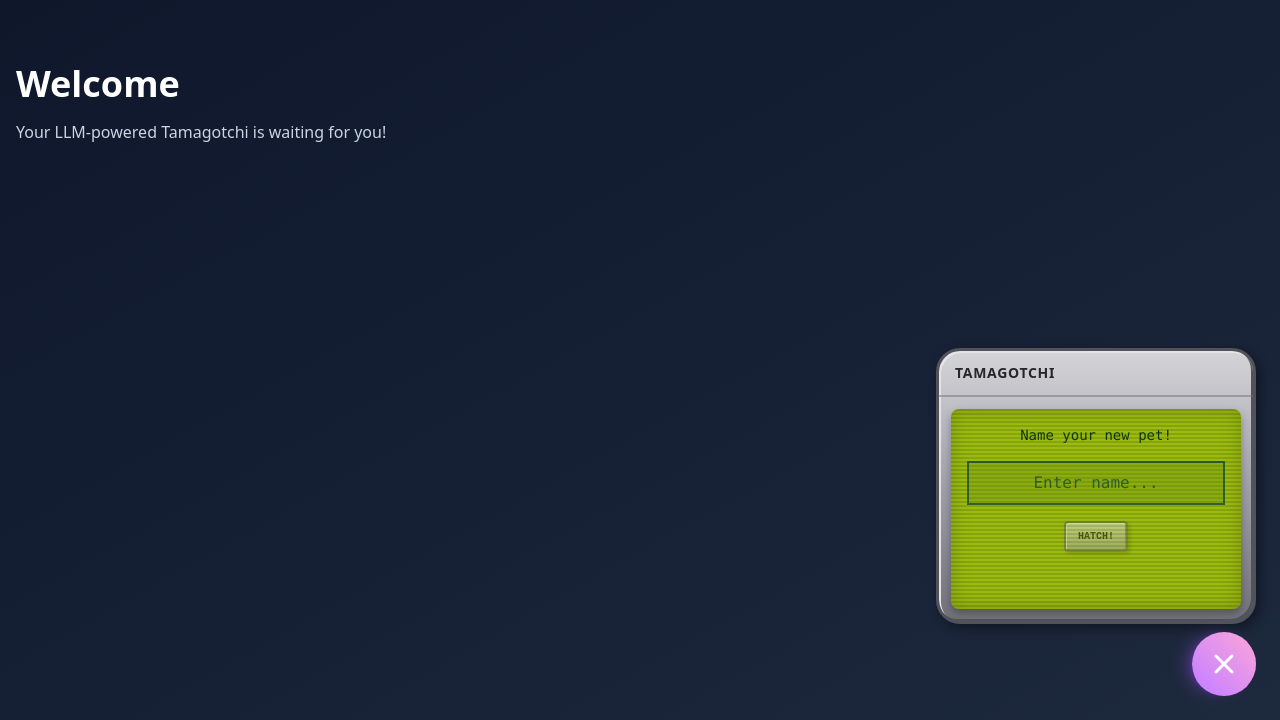
Repository: kttalley/local-llm-tamagotchi
Page: /
An editor plug-in stored every save of this project. The page is shown before and after the next save, followed by the edit.
The browser window is 1280 px wide. The pictures show the whole page.
The page's requests for data from a server got no answer. The project was rebuilt for these pictures with package versions that can differ from the ones it lists, and the page was loaded fresh each time. No one was signed in, and anything a server would have sent is missing. Also part of the build but not shown: vite.config.ts, src/components/PetDisplay/index.tsx, src/components/StatsBar/index.jsx, src/services/ollama.ts, src/components/ActionButtons/index.jsx, src/components/ChatBubble/index.tsx.

Above is the page before, as saved 2026-01-12 18:59:14.

### index.html
<!DOCTYPE html>
<html lang="en">
  <head>
    <meta charset="UTF-8" />
    <link rel="icon" type="image/svg+xml" href="/vite.svg" />
    <meta name="viewport" content="width=device-width, initial-scale=1.0" />
    <title>LLM Tamagotchi</title>
  </head>
  <body>
    <div id="root"></div>
    <script type="module" src="/src/main.tsx"></script>
  </body>
</html>

### src/main.tsx
import { StrictMode } from 'react'
import { createRoot } from 'react-dom/client'
import './styles/index.css'
import App from './App'

createRoot(document.getElementById('root')!).render(
  <StrictMode>
    <App />
  </StrictMode>,
)

### src/styles/index.css
@import "tailwindcss";

/* Custom Pixel Art Styles */
@layer base {
  :root {
    /* LCD Color Palette - authentic 90s Tamagotchi colors */
    --lcd-bg: #9bbc0f;
    --lcd-light: #8bac0f;
    --lcd-dark: #306230;
    --lcd-darkest: #0f380f;
  }

  body {
    font-family: system-ui, -apple-system, sans-serif;
  }
}

@layer components {
  /* Pixel-perfect rendering for sprites */
  .pixel-art {
    image-rendering: pixelated;
    image-rendering: crisp-edges;
  }

  /* LCD Screen Effect */
  .lcd-screen {
    background-color: var(--lcd-bg);
    background-image:
      repeating-linear-gradient(
        0deg,
        transparent,
        transparent 2px,
        rgba(0, 0, 0, 0.03) 2px,
        rgba(0, 0, 0, 0.03) 4px
      );
    box-shadow:
      inset 0 0 20px rgba(0, 0, 0, 0.2),
      0 4px 8px rgba(0, 0, 0, 0.3);
    border-radius: 8px;
  }

  /* Scanline overlay effect */
  .scanlines::after {
    content: "";
    position: absolute;
    inset: 0;
    background: repeating-linear-gradient(
      0deg,
      transparent,
      transparent 2px,
      rgba(0, 0, 0, 0.1) 2px,
      rgba(0, 0, 0, 0.1) 4px
    );
    pointer-events: none;
  }

  /* Retro button style */
  .retro-btn {
    background: linear-gradient(180deg, #e0e0e0 0%, #a0a0a0 100%);
    border: 2px solid #606060;
    border-radius: 4px;
    box-shadow:
      inset 1px 1px 0 #ffffff,
      inset -1px -1px 0 #808080,
      2px 2px 4px rgba(0, 0, 0, 0.3);
    font-family: monospace;
    font-weight: bold;
    text-transform: uppercase;
    font-size: 10px;
    padding: 6px 12px;
    cursor: pointer;
    transition: transform 0.1s;
  }

  .retro-btn:active {
    transform: translateY(1px);
    box-shadow:
      inset 1px 1px 0 #808080,
      inset -1px -1px 0 #ffffff,
      1px 1px 2px rgba(0, 0, 0, 0.3);
  }

  /* Pixel-style progress bar */
  .pixel-bar {
    height: 8px;
    background: var(--lcd-darkest);
    border: 2px solid var(--lcd-dark);
  }

  .pixel-bar-fill {
    height: 100%;
    background: var(--lcd-light);
    transition: width 0.3s ease;
  }

  /* Widget container */
  .tamagotchi-shell {
    background: linear-gradient(180deg, #d4d4d8 0%, #a1a1aa 50%, #71717a 100%);
    border: 3px solid #52525b;
    border-radius: 24px;
    box-shadow:
      inset 2px 2px 0 #e4e4e7,
      inset -2px -2px 0 #52525b,
      4px 4px 12px rgba(0, 0, 0, 0.4);
  }
}

/* Sprite animation keyframes */
@keyframes idle-bounce {
  0%, 100% { transform: translateY(0); }
  50% { transform: translateY(-4px); }
}

@keyframes blink {
  0%, 90%, 100% { opacity: 1; }
  95% { opacity: 0; }
}

.pet-idle {
  animation: idle-bounce 1s ease-in-out infinite;
}

.pet-blink {
  animation: blink 3s ease-in-out infinite;
}

### src/App.jsx
import { FloatingButton } from './components/FloatingButton'
import { TamagotchiWidget } from './components/TamagotchiWidget'
import { usePetStore } from './store/petStore'

function App() {
  const { isWidgetOpen, toggleWidget } = usePetStore()

  return (
    <div className="min-h-screen bg-gradient-to-br from-slate-900 to-slate-800">
      {/* Homepage content placeholder */}
      <main className="container mx-auto px-4 py-16">
        <h1 className="text-4xl font-bold text-white mb-4">Welcome</h1>
        <p className="text-slate-300">Your LLM-powered Tamagotchi is waiting for you!</p>
      </main>

      {/* Floating Tamagotchi Widget */}
      <TamagotchiWidget isOpen={isWidgetOpen} onClose={toggleWidget} />
      <FloatingButton onClick={toggleWidget} isOpen={isWidgetOpen} />
    </div>
  )
}

export default App

### src/components/FloatingButton/index.tsx
interface FloatingButtonProps {
  onClick: () => void
  isOpen: boolean
}

export function FloatingButton({ onClick, isOpen }: FloatingButtonProps) {
  return (
    <button
      onClick={onClick}
      className={`
        fixed bottom-6 right-6 z-50
        w-16 h-16 rounded-full
        bg-gradient-to-br from-pink-300 to-purple-400
        shadow-lg shadow-purple-500/30
        flex items-center justify-center
        transition-all duration-300 ease-out
        hover:scale-110 hover:shadow-xl hover:shadow-purple-500/40
        active:scale-95
        ${isOpen ? 'rotate-90' : 'rotate-0'}
      `}
      aria-label={isOpen ? 'Close Tamagotchi' : 'Open Tamagotchi'}
    >
      {/* Pixel art egg/pet icon */}
      <svg
        viewBox="0 0 32 32"
        className="w-8 h-8 pixel-art"
        fill="none"
      >
        {isOpen ? (
          // X icon when open
          <path
            d="M8 8L24 24M24 8L8 24"
            stroke="white"
            strokeWidth="3"
            strokeLinecap="round"
          />
        ) : (
          // Egg icon when closed
          <>
            <ellipse cx="16" cy="18" rx="10" ry="12" fill="white" />
            <ellipse cx="16" cy="18" rx="8" ry="10" fill="#dcf428" />
            <circle cx="12" cy="16" r="2" fill="#1f2937" />
            <circle cx="20" cy="16" r="2" fill="#1f2937" />
            <path
              d="M13 20 Q16 23 19 20"
              stroke="#1f2937"
              strokeWidth="1.5"
              fill="none"
            />
          </>
        )}
      </svg>
    </button>
  )
}

### src/components/TamagotchiWidget/index.tsx
import { useEffect, useState } from 'react'
import { usePetStore } from '../../store/petStore'
import { PetDisplay } from '../PetDisplay'
import { StatsBar } from '../StatsBar'
import { ActionButtons } from '../ActionButtons'
import { ChatBubble } from '../ChatBubble'

interface TamagotchiWidgetProps {
  isOpen: boolean
  onClose: () => void
}

export function TamagotchiWidget({ isOpen }: TamagotchiWidgetProps) {
  const { pet, createPet, tickStats, chatHistory } = usePetStore()
  const [petName, setPetName] = useState('')
  const [showChat, setShowChat] = useState(false)

  // Tick stats every minute
  useEffect(() => {
    if (!pet) return

    const interval = setInterval(() => {
      tickStats()
    }, 60000)

    return () => clearInterval(interval)
  }, [pet, tickStats])

  // Update stats on mount if pet exists
  useEffect(() => {
    if (pet) {
      tickStats()
    }
  }, [])

  const handleCreatePet = (e: React.FormEvent) => {
    e.preventDefault()
    if (petName.trim()) {
      createPet(petName.trim())
      setPetName('')
    }
  }

  const lastMessage = chatHistory[chatHistory.length - 1]

  if (!isOpen) return null

  return (
    <div
      className={`
        fixed bottom-24 right-6 z-40
        w-80 tamagotchi-shell
        transform transition-all duration-300 ease-out
        ${isOpen ? 'translate-y-0 opacity-100 scale-100' : 'translate-y-8 opacity-0 scale-95'}
      `}
    >
      {/* Header */}
      <div className="px-4 py-3 border-b-2 border-zinc-500/50">
        <div className="flex items-center justify-between">
          <h2 className="text-sm font-bold text-zinc-800 uppercase tracking-wider">
            {pet ? pet.name : 'Tamagotchi'}
          </h2>
          {pet && (
            <span className="text-xs text-zinc-600 uppercase">
              {pet.evolutionStage}
            </span>
          )}
        </div>
      </div>

      {/* LCD Screen */}
      <div className="m-3 p-4 lcd-screen relative overflow-hidden min-h-[200px] transition-all duration-320 ease-in-out">
        <div className="scanlines">
          {!pet ? (
            // Create Pet Form
            <form onSubmit={handleCreatePet} className="flex flex-col gap-4">
              <p className="text-sm text-[var(--lcd-darkest)] font-mono text-center">
                Name your new pet!
              </p>
              <input
                type="text"
                value={petName}
                onChange={(e) => setPetName(e.target.value)}
                placeholder="Enter name..."
                maxLength={12}
                className="
                  w-full px-3 py-2
                  bg-[var(--lcd-light)] border-2 border-[var(--lcd-dark)]
                  text-[var(--lcd-darkest)] font-mono text-center
                  placeholder:text-[var(--lcd-dark)]
                  focus:outline-none focus:border-[var(--lcd-darkest)]
                "
              />
              <button
                type="submit"
                disabled={!petName.trim()}
                className="retro-btn mx-auto disabled:opacity-50"
              >
                Hatch!
              </button>
            </form>
          ) : (
            // Pet Display
            <div className="flex flex-col items-center gap-2">
              {/* Chat bubble */}
              {showChat && lastMessage?.role === 'pet' && (
                <ChatBubble message={lastMessage.content} />
              )}

              {/* Pet sprite */}
              <PetDisplay
                pixelGrid={pet.pixelGrid}
                isSleeping={pet.isSleeping}
              />

              {/* Stats */}
              <StatsBar stats={pet.stats} />
            </div>
          )}
        </div>
      </div>

      {/* Action Buttons */}
      {pet && (
        <div className="px-3 pb-3">
          <ActionButtons
            isSleeping={pet.isSleeping}
            onShowChat={() => setShowChat(true)}
          />
        </div>
      )}
    </div>
  )
}

### src/store/petStore.ts
import { create } from 'zustand'
import { persist } from 'zustand/middleware'
import type { Pet, PetStats, PetAction, ChatMessage, EvolutionStage, Mood, PixelGrid } from '../types/pet'

interface PetStore {
  pet: Pet | null
  isWidgetOpen: boolean
  currentAction: PetAction
  chatHistory: ChatMessage[]
  isLoading: boolean

  // Actions
  toggleWidget: () => void
  createPet: (name: string) => void
  feed: () => void
  play: () => void
  sleep: () => void
  wake: () => void
  addChatMessage: (message: ChatMessage) => void
  setLoading: (loading: boolean) => void
  setCurrentAction: (action: PetAction) => void
  tickStats: () => void

  // Computed
  getMood: () => Mood
  shouldEvolve: () => boolean
  evolve: () => void
}

const DECAY_RATE = {
  hunger: 0.5,    // per minute
  happiness: 0.3,
  energy: 0.2
}

const EVOLUTION_THRESHOLDS: Record<EvolutionStage, number> = {
  egg: 0,
  baby: 100,
  child: 300,
  teen: 600,
  adult: 1000
}

function generateId(): string {
  return Math.random().toString(36).substring(2, 9)
}

function clamp(value: number, min: number, max: number): number {
  return Math.max(min, Math.min(max, value))
}

// Generate a symmetrical 8x8 pixel grid (like GitHub identicons)
function generatePixelGrid(): PixelGrid {
  const grid: PixelGrid = []

  for (let row = 0; row < 8; row++) {
    const rowData: number[] = []
    // Generate left half (4 pixels), then mirror for right half
    for (let col = 0; col < 4; col++) {
      // Higher probability in center for more cohesive shapes
      const distFromCenter = Math.abs(col - 1.5) + Math.abs(row - 3.5)
      const probability = distFromCenter < 3 ? 0.6 : 0.3
      rowData.push(Math.random() < probability ? 1 : 0)
    }
    // Mirror to create symmetry
    for (let col = 3; col >= 0; col--) {
      rowData.push(rowData[col])
    }
    grid.push(rowData)
  }

  return grid
}

function getNextEvolutionStage(current: EvolutionStage): EvolutionStage | null {
  const stages: EvolutionStage[] = ['egg', 'baby', 'child', 'teen', 'adult']
  const idx = stages.indexOf(current)
  if (idx < stages.length - 1) {
    return stages[idx + 1]
  }
  return null
}

export const usePetStore = create<PetStore>()(
  persist(
    (set, get) => ({
      pet: null,
      isWidgetOpen: true,
      currentAction: 'idle',
      chatHistory: [],
      isLoading: false,

      toggleWidget: () => set(state => ({ isWidgetOpen: !state.isWidgetOpen })),

      createPet: (name: string) => {
        const newPet: Pet = {
          id: generateId(),
          name,
          birthDate: Date.now(),
          evolutionStage: 'egg',
          stats: {
            hunger: 80,
            happiness: 80,
            energy: 80
          },
          personality: 'curious and playful',
          careScore: 0,
          lastInteraction: Date.now(),
          isSleeping: false,
          pixelGrid: generatePixelGrid()
        }
        set({ pet: newPet, chatHistory: [] })
      },

      feed: () => {
        const { pet } = get()
        if (!pet || pet.isSleeping) return

        set({ currentAction: 'eating' })

        setTimeout(() => {
          set(state => {
            if (!state.pet) return state
            const newStats: PetStats = {
              ...state.pet.stats,
              hunger: clamp(state.pet.stats.hunger + 25, 0, 100),
              happiness: clamp(state.pet.stats.happiness + 5, 0, 100)
            }
            return {
              pet: {
                ...state.pet,
                stats: newStats,
                careScore: state.pet.careScore + 10,
                lastInteraction: Date.now()
              },
              currentAction: 'idle'
            }
          })
        }, 1500)
      },

      play: () => {
        const { pet } = get()
        if (!pet || pet.isSleeping) return

        set({ currentAction: 'playing' })

        setTimeout(() => {
          set(state => {
            if (!state.pet) return state
            const newStats: PetStats = {
              ...state.pet.stats,
              happiness: clamp(state.pet.stats.happiness + 20, 0, 100),
              energy: clamp(state.pet.stats.energy - 15, 0, 100)
            }
            return {
              pet: {
                ...state.pet,
                stats: newStats,
                careScore: state.pet.careScore + 15,
                lastInteraction: Date.now()
              },
              currentAction: 'idle'
            }
          })
        }, 2000)
      },

      sleep: () => {
        const { pet } = get()
        if (!pet) return

        set(state => ({
          pet: state.pet ? { ...state.pet, isSleeping: true } : null,
          currentAction: 'sleeping'
        }))
      },

      wake: () => {
        set(state => {
          if (!state.pet) return state
          return {
            pet: {
              ...state.pet,
              isSleeping: false,
              stats: {
                ...state.pet.stats,
                energy: clamp(state.pet.stats.energy + 30, 0, 100)
              }
            },
            currentAction: 'idle'
          }
        })
      },

      addChatMessage: (message: ChatMessage) => {
        set(state => ({
          chatHistory: [...state.chatHistory.slice(-20), message]
        }))
      },

      setLoading: (loading: boolean) => set({ isLoading: loading }),

      setCurrentAction: (action: PetAction) => set({ currentAction: action }),

      tickStats: () => {
        set(state => {
          if (!state.pet) return state

          const now = Date.now()
          const minutesPassed = (now - state.pet.lastInteraction) / 60000

          if (minutesPassed < 1) return state

          const decayMultiplier = state.pet.isSleeping ? 0.5 : 1

          const newStats: PetStats = {
            hunger: clamp(
              state.pet.stats.hunger - (DECAY_RATE.hunger * minutesPassed * decayMultiplier),
              0, 100
            ),
            happiness: clamp(
              state.pet.stats.happiness - (DECAY_RATE.happiness * minutesPassed * decayMultiplier),
              0, 100
            ),
            energy: state.pet.isSleeping
              ? clamp(state.pet.stats.energy + (0.5 * minutesPassed), 0, 100)
              : clamp(state.pet.stats.energy - (DECAY_RATE.energy * minutesPassed), 0, 100)
          }

          return {
            pet: {
              ...state.pet,
              stats: newStats,
              lastInteraction: now
            }
          }
        })
      },

      getMood: (): Mood => {
        const { pet } = get()
        if (!pet) return 'neutral'

        const avgStats = (pet.stats.hunger + pet.stats.happiness + pet.stats.energy) / 3

        if (avgStats < 20) return 'sick'
        if (avgStats < 40) return 'sad'
        if (avgStats < 60) return 'neutral'
        if (avgStats < 80) return 'happy'
        return 'ecstatic'
      },

      shouldEvolve: (): boolean => {
        const { pet } = get()
        if (!pet) return false

        const nextStage = getNextEvolutionStage(pet.evolutionStage)
        if (!nextStage) return false

        return pet.careScore >= EVOLUTION_THRESHOLDS[nextStage]
      },

      evolve: () => {
        set(state => {
          if (!state.pet) return state

          const nextStage = getNextEvolutionStage(state.pet.evolutionStage)
          if (!nextStage) return state

          return {
            pet: {
              ...state.pet,
              evolutionStage: nextStage
            }
          }
        })
      }
    }),
    {
      name: 'tamagotchi-storage',
      version: 1,
      partialize: (state) => ({
        pet: state.pet,
        chatHistory: state.chatHistory
      }),
      migrate: (persistedState: unknown, version: number) => {
        const state = persistedState as { pet: Pet | null; chatHistory: ChatMessage[] }
        // Migration: add pixelGrid to existing pets
        if (version === 0 && state.pet && !state.pet.pixelGrid) {
          state.pet.pixelGrid = generatePixelGrid()
        }
        return state
      }
    }
  )
)

After the next save:
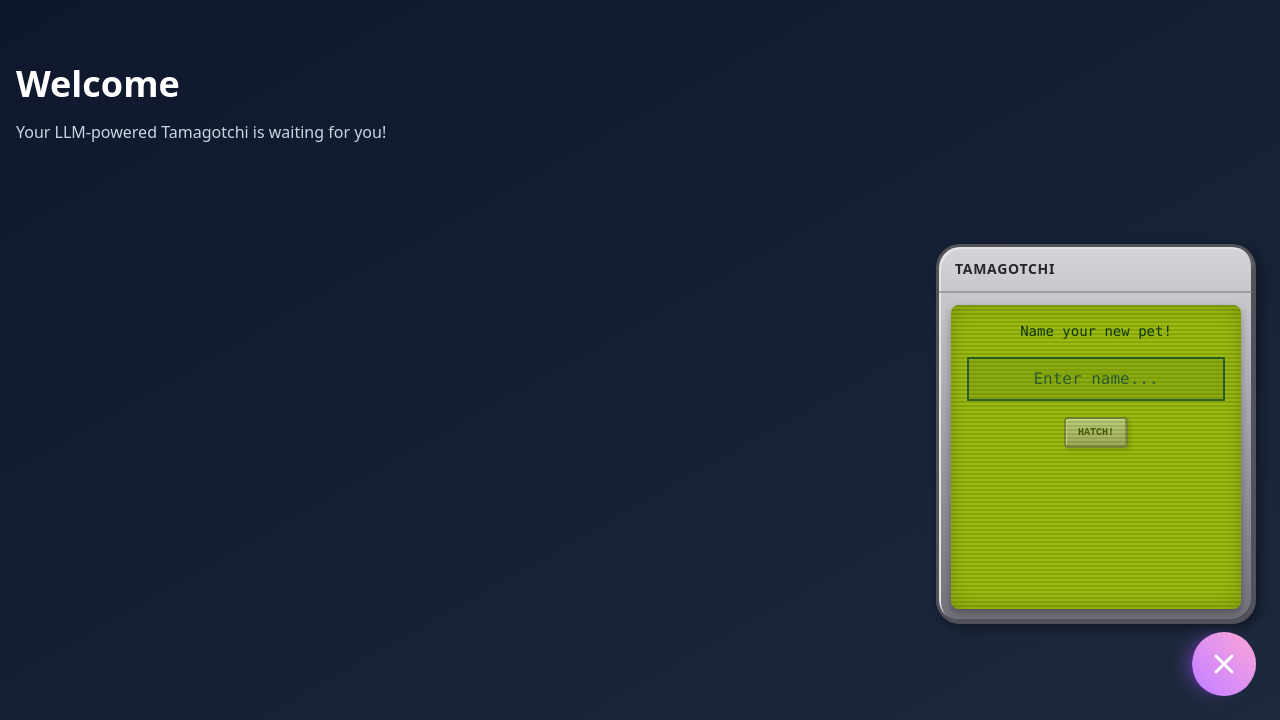
Saved 101 s later.
--- a/src/components/TamagotchiWidget/index.tsx
+++ b/src/components/TamagotchiWidget/index.tsx
@@ -69,7 +69,7 @@
       </div>
 
       {/* LCD Screen */}
-      <div className="m-3 p-4 lcd-screen relative overflow-hidden min-h-[200px] transition-all duration-320 ease-in-out">
+      <div className="m-3 p-4 lcd-screen relative overflow-hidden min-h-[304px] transition-all duration-320 ease-in-out">
         <div className="scanlines">
           {!pet ? (
             // Create Pet Form
